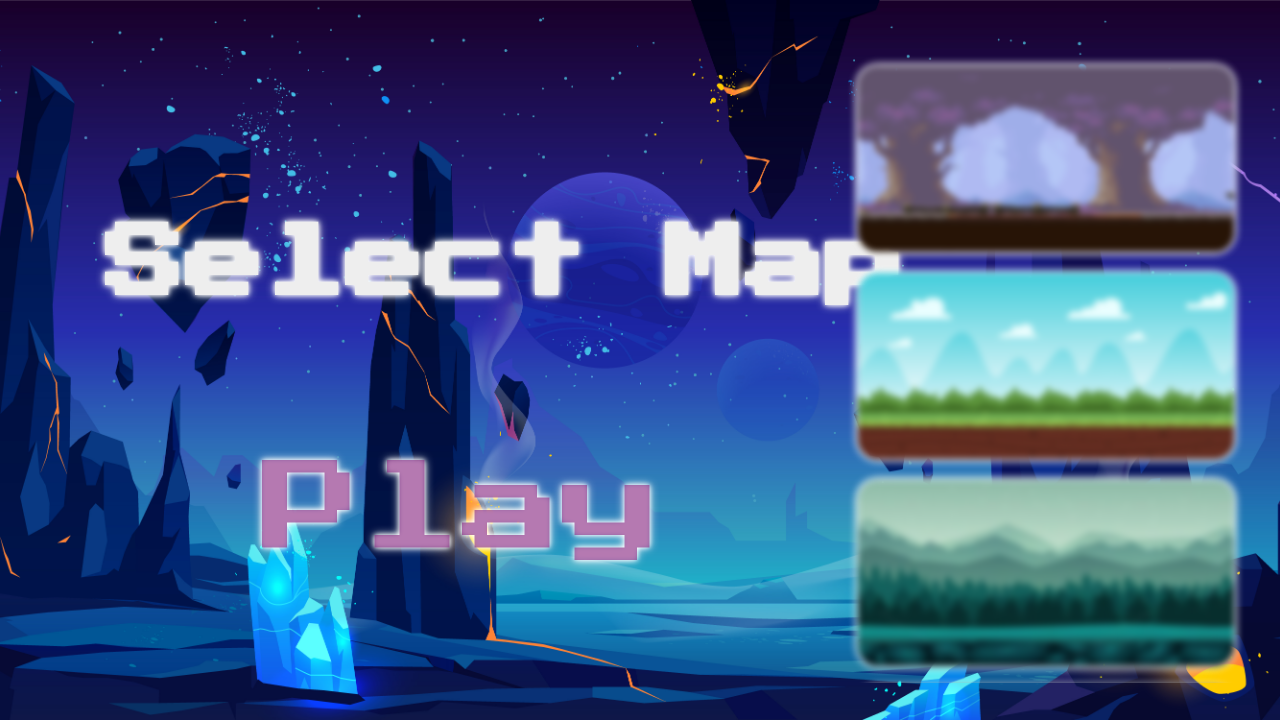
Repository: Gaurav31052/Fighting-game
Page: home.html
The author's editor kept a copy of each file at every save. The page is drawn from the files as they stood at one save, then again after the next save.
The browser window is 1280 px wide. The pictures show the whole page.
An inner scrolling area shows only its first screen.

Above is the page before, as saved 2024-06-06 23:32:15.

### home.html
<!DOCTYPE html>
<html lang="en">

<head>
    <meta charset="UTF-8">
    <meta name="viewport" content="width=device-width, initial-scale=1.0">
    <title>Document</title>
    <link href="https://fonts.googleapis.com/css2?family=Press+Start+2P&display=swap" rel="stylesheet">
    <link rel="stylesheet" href="style.css">
</head>

<body>


    <!-- carousel -->
    <div class="carousel">
        <!-- list item -->
        <div class="list">
            <div class="item">

                <div class="MapName">
                   <h1 id="name">Select Map</h1>
                </div>

                <img id="mainbox" src="img/home.jpg" alt="">

                <button id="btn"><a href='game.html'>Play</a></button>
            </div>

        </div>


        <!-- list thumnail -->
        <div class="thumbnail" id="about">

            <div class="item" id="bg1"><img class="myimg" src="./img/background1.jpg" alt=""></div>
            <div class="item" id="bg2"><img class="myimg" src="./img/background2.jpg" alt=""></div>
            <div class="item" id="bg3"><img class="myimg" src="./img/background3.jpg" alt=""></div>
            <div class="item" id="bg4"><img class="myimg" src="./img/background4.jpg" alt=""></div>
            <div class="item" id="bg5"><img class="myimg" src="./img/background5.jpg" alt=""></div>
            <div class="item" id="bg6"><img class="myimg" src="./img/background6.jpg" alt=""></div>
            <!-- <div class="item"><img src="img/background.jpg" alt=""></div>
                <div class="item"><img src="img/background.jpg" alt=""></div>
                <div class="item"><img src="img/background.jpg" alt=""></div>
                <div class="item"><img src="img/background.jpg" alt=""></div>
                <div class="item"><img src="img/background.jpg" alt=""></div> -->

        </div>


    </div>

    <script src="home.js"></script>

</body>

</html>

### style.css

body {
    margin: 0;
    background-color: #000;
    color: #eee;
    font-family: Poppins;
    font-size: 12px;
    overflow: hidden;
}

a {
    text-decoration: none;
    color: #8b2c84a2;
}

/* carousel */
.carousel {
    height: 100vh;
    width: 100vw;
    overflow: hidden;
    position: relative;
}

.carousel .list .item {
    width: 100%;
    height: 100%;
    position: absolute;
    inset: 0 0 0 0;

}

.carousel .list .item img {
    width: 100%;
    height: 100%;
    object-fit: cover;

}

.carousel .list .item button {

    position: absolute;
    top: 50%;
    left: 20%;
    font-size: 100px;
    font-family: "Press Start 2P", system-ui;
    text-align: center;
    padding-top: 100px;
    text-shadow: 0 0 10px #fff, 0 0 5px #fff;
    background: transparent;
    border: none;
}

.MapName {
    /* background: red; */
    position: absolute;
    height: 130px;
    width: 830px;
    top: 200px;
    left: 90px;
    display: flex;
    justify-content: space-around;
    align-items: center;
    font-family: "Press Start 2P", system-ui;
    text-shadow: 0 0 10px #fff, 0 0 5px #fff;
}
.MapName>h1{
    font-size: 80px;
}



/* thumbail */
.thumbnail {
    position: absolute;
    top: 6%;
    left: 65%;
    width: max-content;
    z-index: 100;
    gap: 15px;
    width: 460px;
    height: 615px;
    overflow: scroll;
    padding: 5px;
    padding-top: 20px;

    scroll-behavior: initial;
    display: flex;
    flex-direction: column;
    align-items: center;

}

.thumbnail .item {
    width: fit-content;
    flex-shrink: 0;
    position: relative;
    list-style-type: none;
    padding: 3px;
}

#about {
    scrollbar-width: none;
}

.thumbnail .item img {
    width: 90%;
    height: 100%;
    object-fit: cover;
    border-radius: 20px;
    box-shadow: 0 0 5px #fff, 0 0 5px #fff, 0 0 5px #fff, 0 0 5px #fff;
}

.myimg {
    filter: blur(3px);
}

.myimg:hover {
    filter: none;
    scale: 1.1;
    transition: 0.5s ease-in;
}

#leftimg {
    scale: 4;
}

#rightimg {
    scale: 3;
}

### home.js
let userchoice;

const setmap = document.getElementById("mainbox");
const choices = document.querySelectorAll(".myimg");
choices.forEach((e) => {
    e.addEventListener("click", () => {
        userchoice = e.getAttribute("src");
        setmap.src = userchoice;
        localStorage.setItem(1,userchoice);
        console.log(userchoice);
        if(userchoice === "./img/background1.jpg"){
            document.getElementById('name').innerHTML = "Bloom";
        }
        else if(userchoice === "./img/background2.jpg"){
            document.getElementById('name').innerHTML = "Skyris";
        }
        else if(userchoice === "./img/background3.jpg"){
            document.getElementById('name').innerHTML = "Night Hawl";
        }
        else if(userchoice === "./img/background4.jpg"){
            document.getElementById('name').innerHTML = "Caves";
        }
        else if(userchoice === "./img/background5.jpg"){
            document.getElementById('name').innerHTML = "Bind";
        }
        else if(userchoice === "./img/background6.jpg"){
            document.getElementById('name').innerHTML = "Forest";
        }
    })
});

var home_music =new Audio("./audio/background sound.mp3");
home_music.play();
home_music.loop=true;
home_music.volume=0.1;

After the next save:
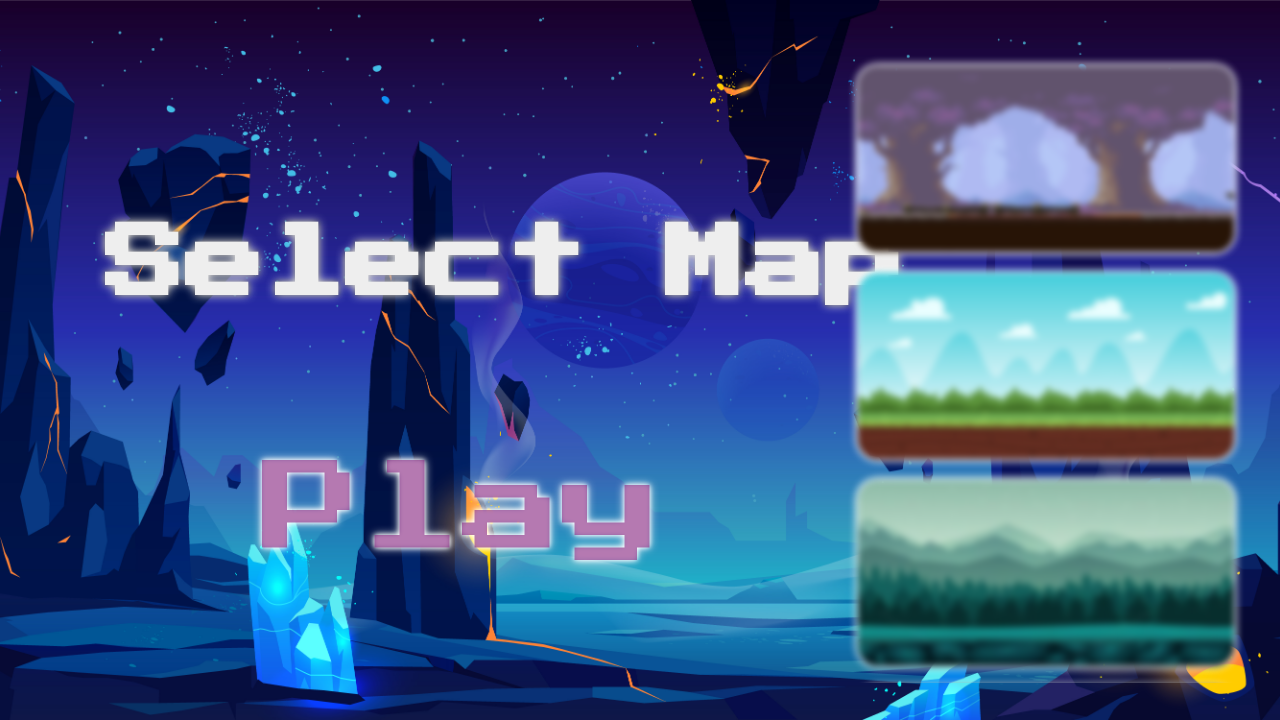
Saved 11 s later.
--- a/style.css
+++ b/style.css
@@ -61,7 +61,7 @@ a {
     justify-content: space-around;
     align-items: center;
     font-family: "Press Start 2P", system-ui;
-    text-shadow: 0 0 10px #fff, 0 0 5px #fff;
+    text-shadow: 0 0 10px #fff, 0 0 5px #000000;
 }
 .MapName>h1{
     font-size: 80px;
